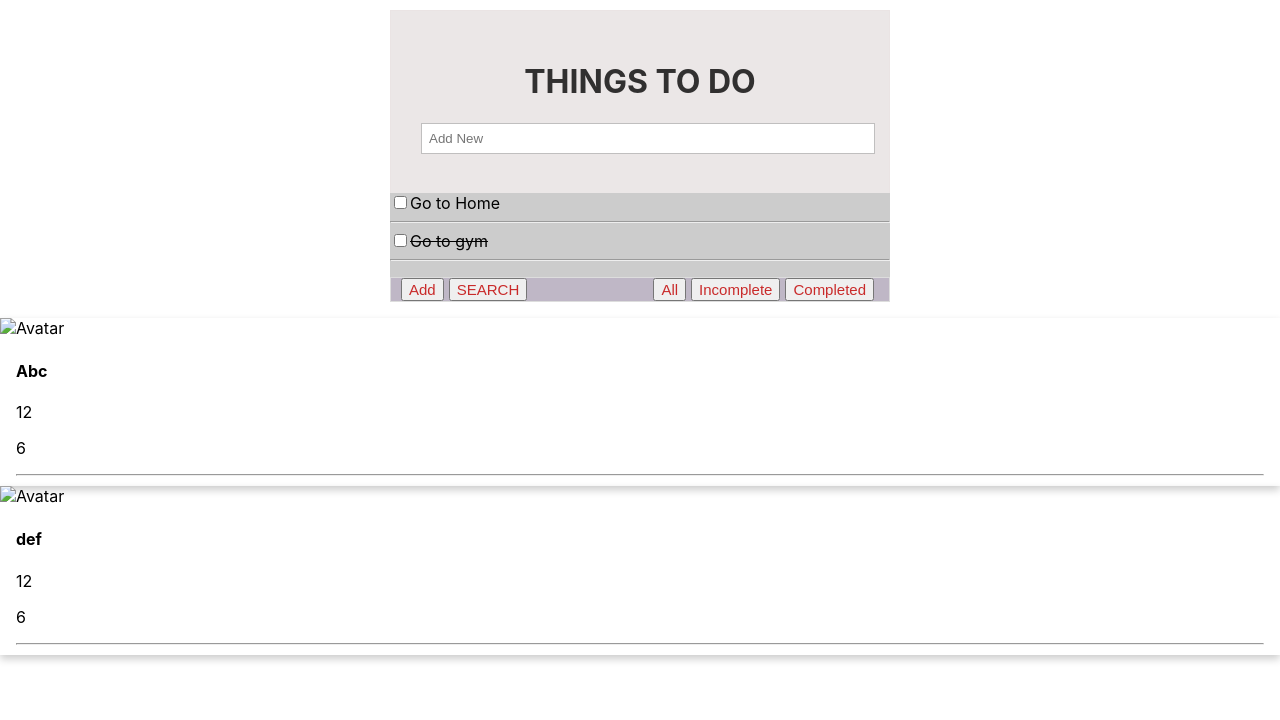
Repository: kirangautam45/To-Do-Application
Page: /
The author's editor kept a copy of each file at every save. The page is drawn from the files as they stood at one save, then again after the next save.
The browser window is 1280 px wide. The pictures show the whole page.
The project was rebuilt for these pictures with package versions that can differ from the ones it lists, and the page was loaded fresh each time.

Above is the page before, as saved 2022-08-12 09:25:29.

After the next save:
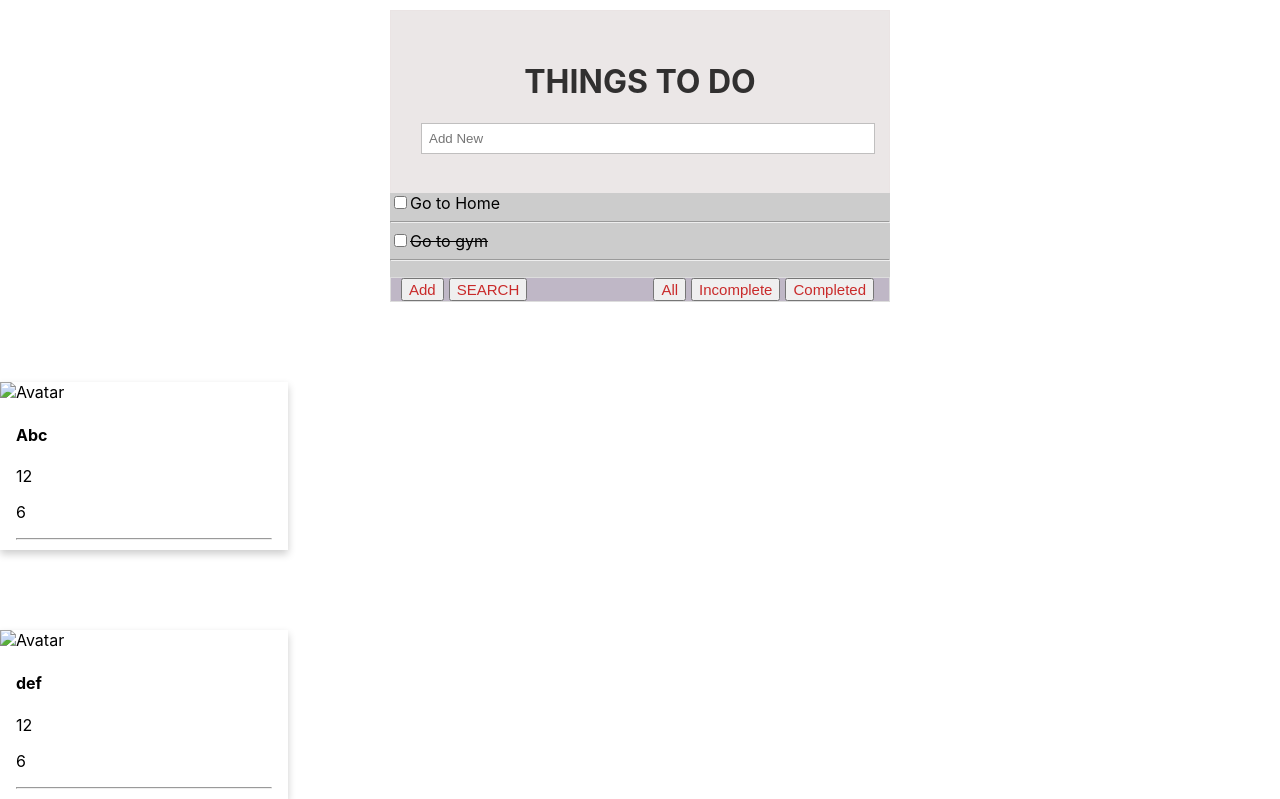
Saved 91 min 26 s later.
--- a/src/App.css
+++ b/src/App.css
@@ -73,6 +73,8 @@ flex-direction: row;
   /* Add shadows to create the "card" effect */
   box-shadow: 0 4px 8px 0 rgba(0,0,0,0.2);
   transition: 0.3s;
+  width: 18rem;
+margin-block-start: 5rem;
 }
 
 /* On mouse-over, add a deeper shadow */
